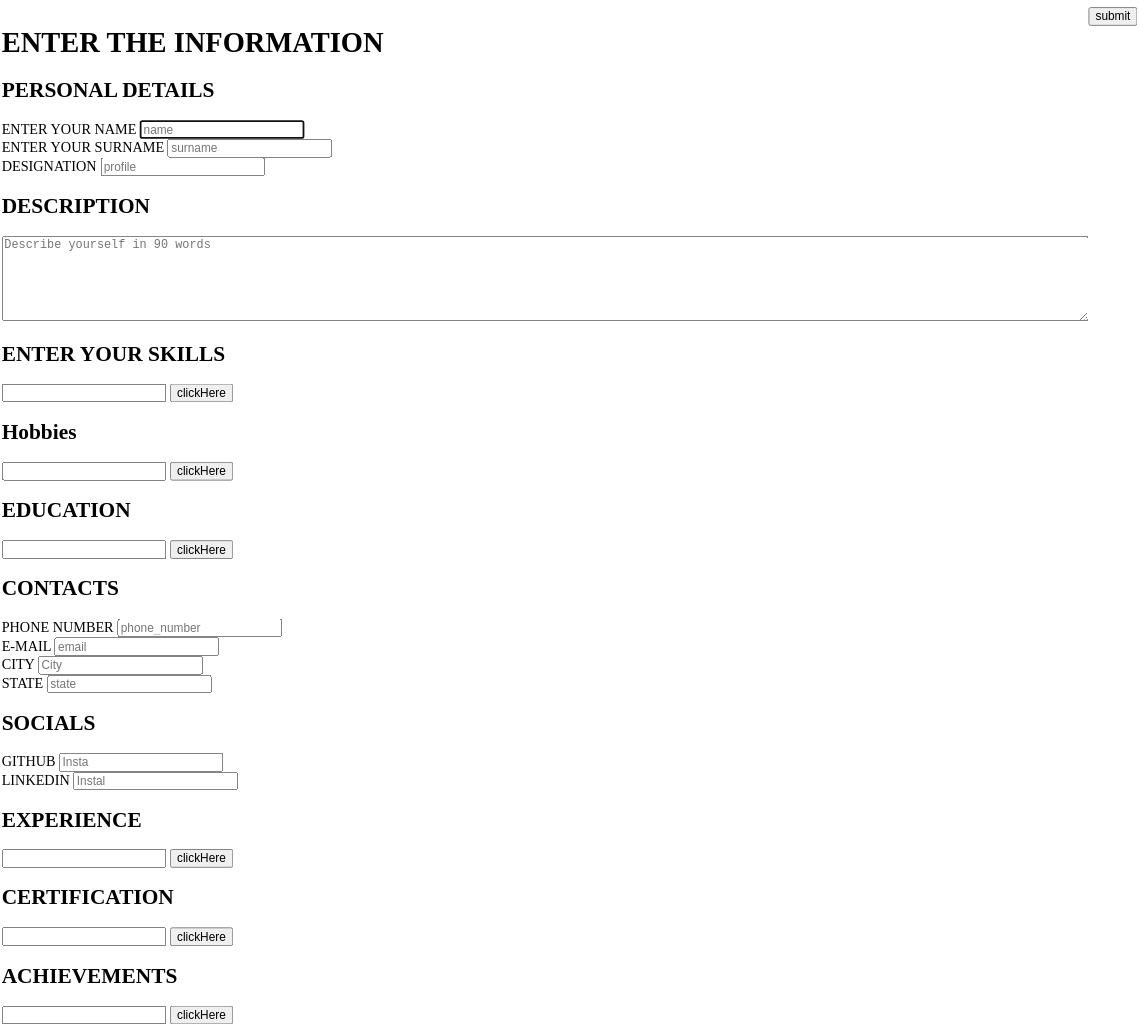
Repository: S-I-D-D-H/sync
Page: http://localhost/resume_builder/ind
An editor plug-in stored every save of this project. The page is shown before and after the next save, followed by the edit.
The browser window is 1280 px wide. The pictures show the whole page, at 89% of full size.
The page is served by Tomcat 9.

Above is the page before, as saved 2023-09-03 08:18:58.

After the next save:
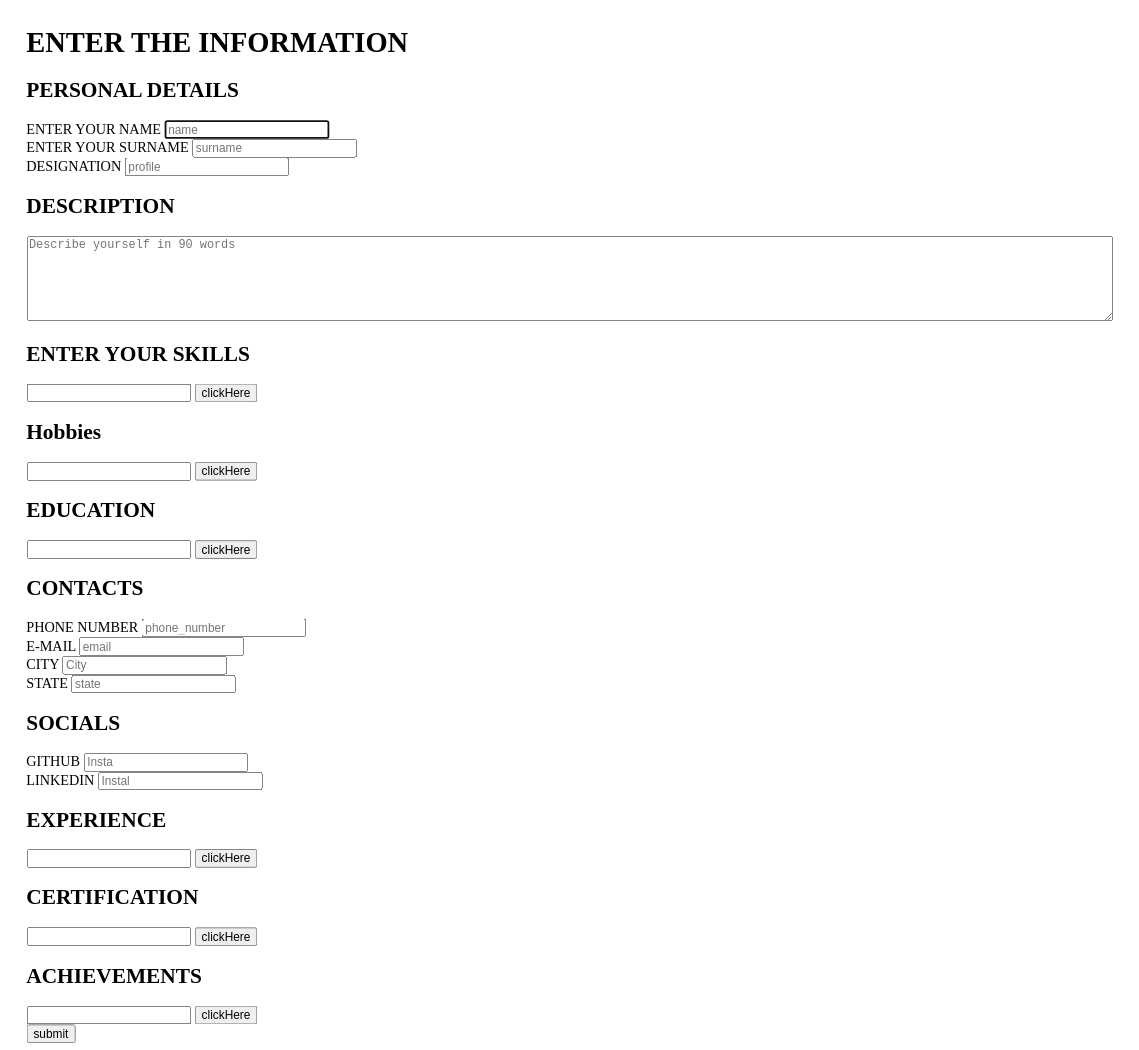
Saved 20 s later.
--- a/ressumebuilder/resume_builder/src/main/webapp/WEB-INF/VIEWS/form.jsp
+++ b/ressumebuilder/resume_builder/src/main/webapp/WEB-INF/VIEWS/form.jsp
@@ -200,11 +200,11 @@
         <div id="cer"></div>
       </div>
 
-
+      <div id="footer">
+        <button type="submit">submit</button>
+       </div>
 </div>
-       <div id="footer">
-        <button type="submit">submit</button>
-       </div>
+
       </form>
 </body>
 </html>
